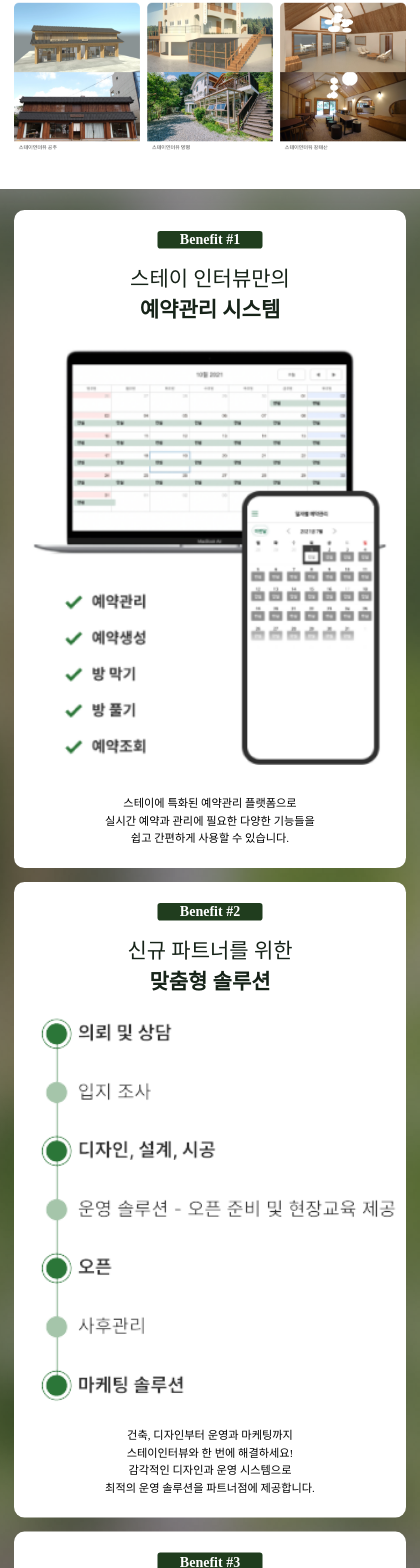
Repository: makeditWeb/stay_web
Page: /consulting
An editor plug-in stored every save of this project. The page is shown before and after the next save, followed by the edit.
The browser window is 600 px wide. The pictures show the part of the page from y = 4260 to 6500 px (the page is 8471 px tall before and 8451 px after), at 70% of full size.
Some web fonts or font styles are not loaded; a fallback is used. The project was rebuilt for these pictures with package versions that can differ from the ones it lists, and the page was loaded fresh each time. Some packages were replaced by stand-ins written for this rebuild. The framework's server and built-in components were replaced by stand-ins that run in the browser. Also part of the build but not shown: next.config.js, next.config.mjs, src/styles/room-detail-modal.scss, src/styles/our-stay.scss, src/styles/login.scss, src/styles/sign-up.scss, src/styles/reservation-check.scss, src/styles/reservation-information.scss.

Above is the page before, as saved 2024-05-06 14:16:03.

After the next save:
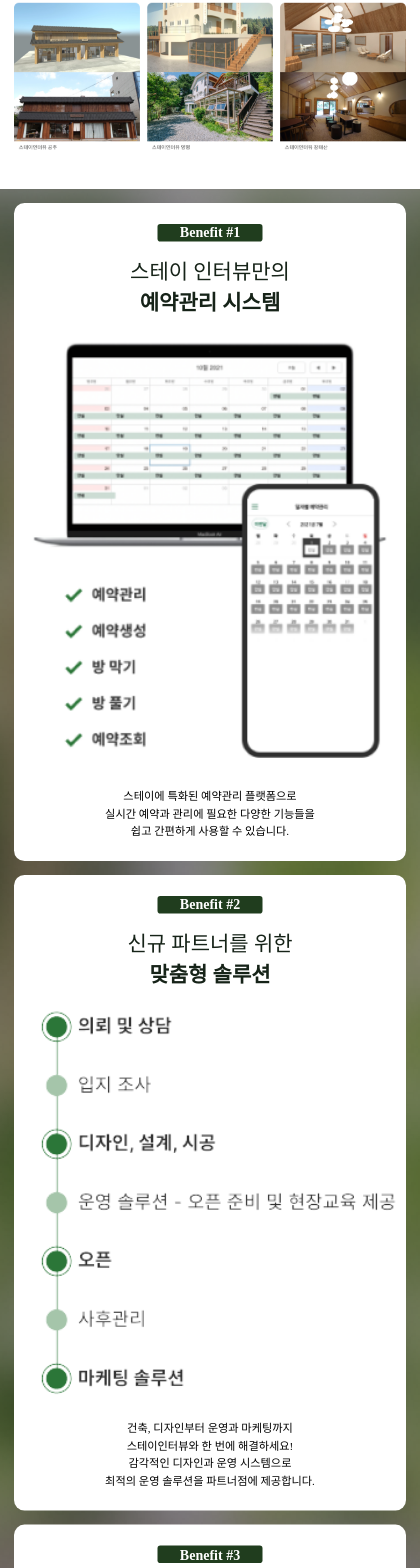
Saved 11 s later.
--- a/src/styles/consulting.scss
+++ b/src/styles/consulting.scss
@@ -181,7 +181,7 @@
     .container_benefit_content {
       display: block;
       width: 100%;
-      padding: 30px 20px;
+      padding: 20px 20px;
       box-sizing: border-box;
     }
 
